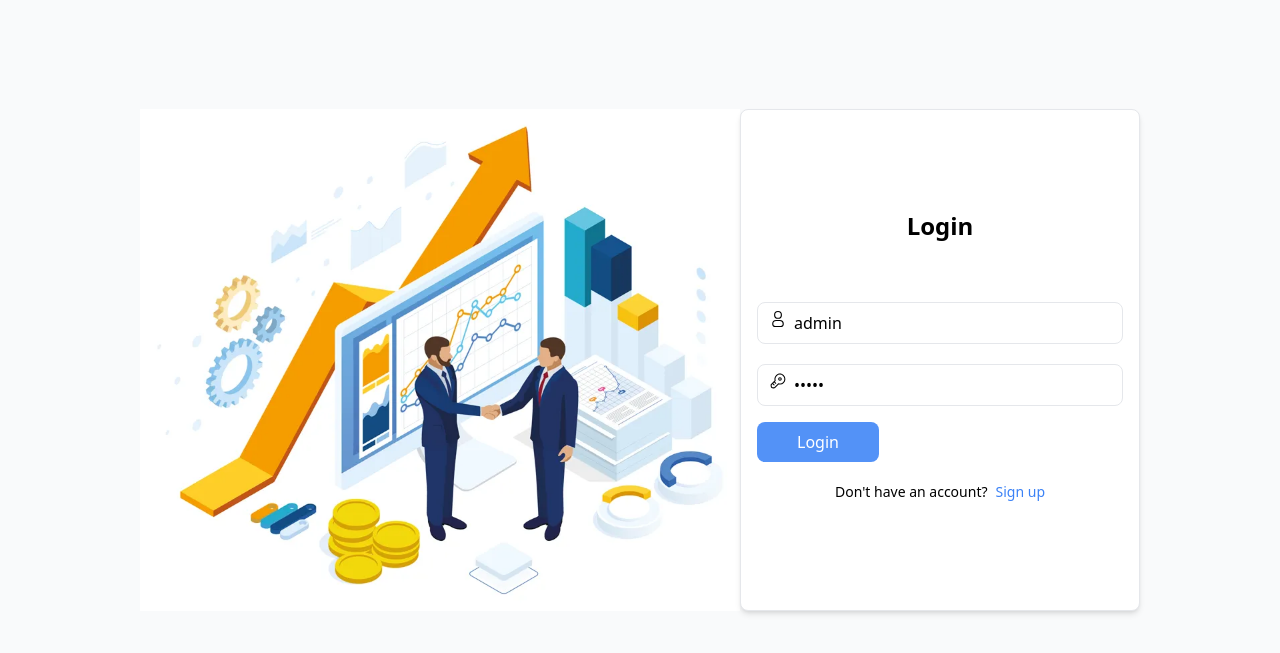
Repository: Fortivera/yourestate
Page: /
These files come from the project's save history. The page is drawn as it stood at one moment and after the next save; the edit follows.
The browser window is 1280 px wide. The pictures show the whole page.
The project was rebuilt for these pictures with package versions that can differ from the ones it lists, and the page was loaded fresh each time. The framework's server and built-in components were replaced by stand-ins that run in the browser. Also part of the build but not shown: next.config.js.

Above is the page before, as saved 2023-11-02 14:41:53.

### src/app/layout.tsx
import './globals.css'



export const metadata = {
  title: 'Home',
  description: "great explanation of something",
}

export default function RootLayout({ children }: { children: React.ReactNode }) {
  return (
    <html lang="en">
      <body>
        {children}
      </body>
    </html>
  );
}

### src/app/page.tsx
import Link from "next/link"
import Image from "next/image"
import SvgNewUser from "public/static/SvgNewUser"
import SvgPassword from "public/static/SvgPassword"

export default function Login() {
  return (
    <div className="min-h-screen bg-gray-50 flex items-center justify-center">
      <div className="flex justify-center items-center w-full px-4 py-10 tablet:w-[540px] ">
        <div className="flex laptop:flex-row tablet:flex-col mobile:flex-col">
          <figure className="w-[600px]  ">
            <Image src="/static/growth.jpg" alt="login page picture" layout="responsive" width={500} height={700} className={""} />
          </figure>
          <div className="flex flex-col justify-center w-[400px] px-4 pb-6 pt-5 bg-white border rounded-lg shadow-md">
            <h1 className="text-2xl font-semibold text-center mb-4">Login</h1>

            <div className="mt-10 mb-4 relative">
              <label className="text-sm" htmlFor="Name">
                <SvgNewUser width={18} height={18} className={"absolute left-3 top-3"} />
              </label>
              <input defaultValue="admin" id="Name" type="text" name="Name" placeholder="Username" autoComplete="given-name" required className="block w-full border rounded-lg py-2 pl-9 mt-1 focus:ring focus:ring-blue-300" />
            </div>

            <div className="mb-4 relative">
              <label className="text-sm" htmlFor="Password">
                <SvgPassword width={18} height={18} className={"absolute left-3 top-3"} />
              </label>
              <input defaultValue="admin" id="Password" type="password" name="Password" placeholder="Password" required className="block w-full border rounded-lg py-2 pl-9 mt-1 focus:ring focus:ring-blue-300" />
            </div>

            <button type="button" aria-label="Sign-in button" className="bg-[#5392f7] text-white rounded-lg w-1/3 py-2 mb-4 hover:bg-[#3b83f6]">
              <Link href="/dashboard">Login</Link>
            </button>
            <div className="flex text-sm justify-center">
              <div className="p-1">Don't have an account?</div>
              <Link href="/user" className="text-blue-500 hover:underline p-1">
                Sign up
              </Link>
            </div>
          </div>
        </div>
      </div>
    </div>
  )
}

### src/app/globals.css

@import url('https://fonts.googleapis.com/css2?family=Lora:ital,wght@0,400;0,500;0,600;1,400;1,500;1,600&family=Montserrat:ital,wght@0,300;0,400;0,500;0,600;1,300;1,400;1,500;1,600&family=Poppins:ital,wght@0,300;0,400;0,500;0,600;0,700;0,800;0,900;1,300;1,400;1,500;1,600;1,700;1,800;1,900&family=Noto+Sans:ital,wght@0,300;0,400;0,500;0,600;0,700;0,800;0,900;1,300;1,400;1,500;1,600;1,700;1,800;1,900&display=swap');

@tailwind base;
@tailwind components;
@tailwind utilities;

.navbarDark{
  background-color:rgb(45 48 56 );
  color: #ddd;
}
.navbarLight {
  background-color: rgb(59 130 246 / 0.5);
  color: black;
}
.propertyListLight {
  background-color: rgb(249 250 251);
  color: black;
  border-color: rgb(229 231 235);
  }
.propertyListDark {
  background-color:rgb(45 48 56 / 0.95);
  color: #ddd;

}
.searchbarLight {
  background-color: rgb(248 250 252);
  color: black;

}
.searchbarDark {
  background-color:rgb(100 116 139 / 0.6);
  color: #ddd;
}
.propertyLight {
  background-color: rgb(249 250 251);
  color: black;

}
.propertyDark {
  background-color:rgb(45 48 56 / 0.95);
  color: #ddd;
}

### public/static/SvgNewUser.tsx
import * as React from "react"
import { SVGProps } from "react"
const SvgNewUser = (props: SVGProps<SVGSVGElement>) => (
  <svg
    xmlns="http://www.w3.org/2000/svg"
    width={800}
    height={800}
    fill="none"
    viewBox="0 0 24 24"
    {...props}
  >
    <g fill="#000" fillRule="evenodd" clipRule="evenodd">
      <path d="M12 2.75a3.75 3.75 0 1 0 0 7.5 3.75 3.75 0 0 0 0-7.5ZM6.75 6.5a5.25 5.25 0 1 1 10.5 0 5.25 5.25 0 0 1-10.5 0ZM4.25 18.571a5.321 5.321 0 0 1 5.321-5.321h4.858a5.321 5.321 0 0 1 5.321 5.321 4.179 4.179 0 0 1-4.179 4.179H8.43a4.179 4.179 0 0 1-4.179-4.179Zm5.321-3.821a3.821 3.821 0 0 0-3.821 3.821c0 1.48 1.2 2.679 2.679 2.679h7.142c1.48 0 2.679-1.2 2.679-2.679 0-2.11-1.71-3.821-3.821-3.821H9.57Z" />
    </g>
  </svg>
)
export default SvgNewUser

### public/static/SvgPassword.tsx
import * as React from "react"
import { SVGProps } from "react"
const SvgPassword = (props: SVGProps<SVGSVGElement>) => (
    <svg
        xmlns="http://www.w3.org/2000/svg"
        width={800}
        height={800}
        fill="none"
        viewBox="0 0 24 24"
        {...props}
    >
        <g fill="#000" fillRule="evenodd" clipRule="evenodd">
            <path d="M4.51 14.999a.689.689 0 0 1 .975 0l1.75 1.749a.689.689 0 0 1-.975.974l-1.75-1.75a.689.689 0 0 1 0-.973ZM6.698 12.812a.689.689 0 0 1 .974 0l1.749 1.75a.689.689 0 0 1-.974.974l-1.75-1.75a.689.689 0 0 1 0-.974Z" />
            <path d="M18.752 5.232c-2.32-2.313-6.075-2.312-8.386 0h-.001c-1.612 1.604-2.1 3.915-1.472 5.958.075.243.009.509-.172.69L3.74 16.86a.975.975 0 0 0-.184.341.912.912 0 0 0-.055.38l.001.006.262 1.901a.912.912 0 0 0 .262.474.857.857 0 0 0 .462.256l1.913.263c.08.012.223.003.385-.05a.838.838 0 0 0 .324-.177l.008-.007 4.995-4.986a.688.688 0 0 1 .692-.17c2.028.634 4.34.14 5.956-1.466a5.94 5.94 0 0 0-.009-8.393Zm-9.36-.975c2.85-2.85 7.475-2.848 10.332 0 2.86 2.849 2.86 7.493.01 10.342l-.001.002A7.316 7.316 0 0 1 12.8 16.52l-4.707 4.698a2.19 2.19 0 0 1-.883.523c-.309.1-.668.152-1.006.104h-.003L4.3 21.582c-.491-.069-.928-.326-1.25-.65a2.279 2.279 0 0 1-.649-1.24l-.001-.01-.262-1.902v-.003a2.26 2.26 0 0 1 .111-1.012c.102-.305.27-.625.505-.868l.007-.007 4.703-4.702c-.591-2.404.043-5.056 1.928-6.932Z" />
            <path d="M14.62 8.302a1.06 1.06 0 1 0 0 2.121 1.06 1.06 0 0 0 0-2.121Zm-2.438 1.06a2.438 2.438 0 1 1 4.876 0 2.438 2.438 0 0 1-4.877 0Z" />
        </g>
    </svg>
)
export default SvgPassword

### tailwind.config.js
/* eslint-disable prettier/prettier */
/** @type {import('tailwindcss').Config} */
module.exports = {
  content: [
    "./app/**/*.{js,ts,jsx,tsx}",
    "./pages/**/*.{js,ts,jsx,tsx}",
    "./components/**/*.{js,ts,jsx,tsx}",

    // Or if using `src` directory:
    "./src/**/*.{js,ts,jsx,tsx}",
  ],
  theme: {
    extend: {
      fontFamily: {
        Poppins: ["Poppins", "sans-serif"],
        Montserrat: ["Montserrat", "sans-serif"],
        Lora: ["Lora", "sans-serif"],
        Noto: ["Noto Sans", "sans-serif"],
      },
      screens: {
        'mobile': "320px",
        'tablet': "481px",
        'laptop': "769px",
       ' desktop': "1025px",
      },


    },
    plugins: [],
  },
}

After the next save:
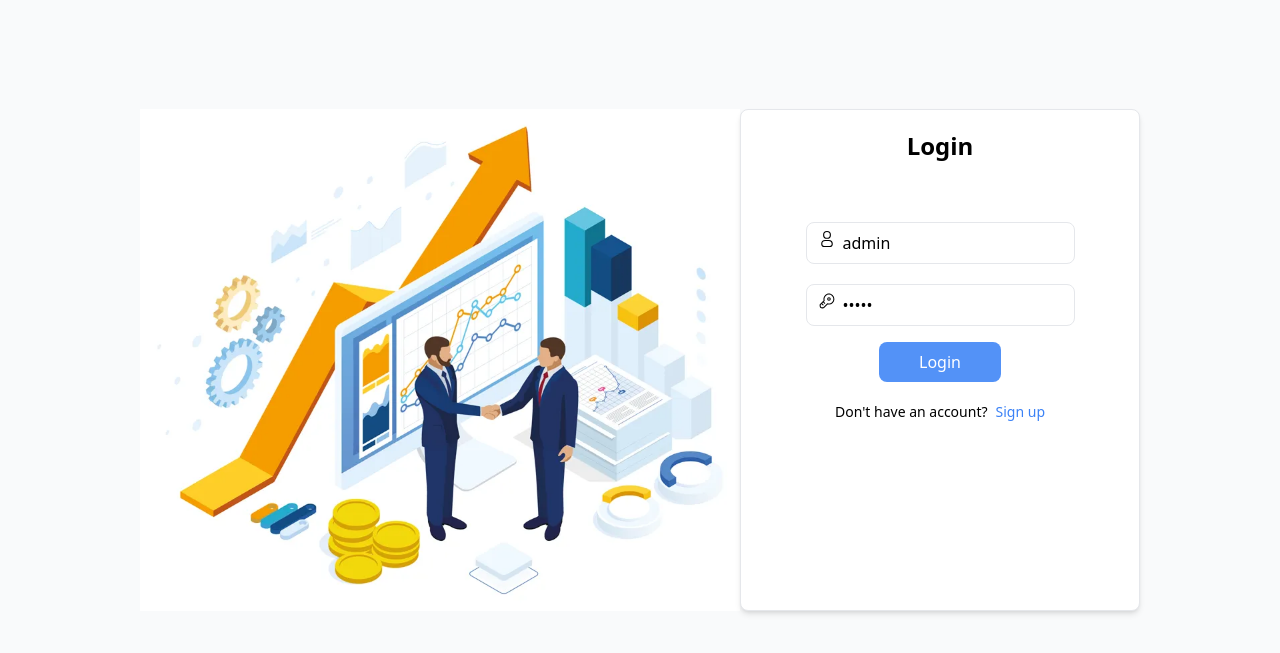
Saved 25 s later.
--- a/src/app/page.tsx
+++ b/src/app/page.tsx
@@ -11,7 +11,7 @@ export default function Login() {
           <figure className="w-[600px]  ">
             <Image src="/static/growth.jpg" alt="login page picture" layout="responsive" width={500} height={700} className={""} />
           </figure>
-          <div className="flex flex-col justify-center w-[400px] px-4 pb-6 pt-5 bg-white border rounded-lg shadow-md">
+          <div className="flex flex-col items-center w-[400px] px-4 pb-6 pt-5 bg-white border rounded-lg shadow-md">
             <h1 className="text-2xl font-semibold text-center mb-4">Login</h1>
 
             <div className="mt-10 mb-4 relative">
